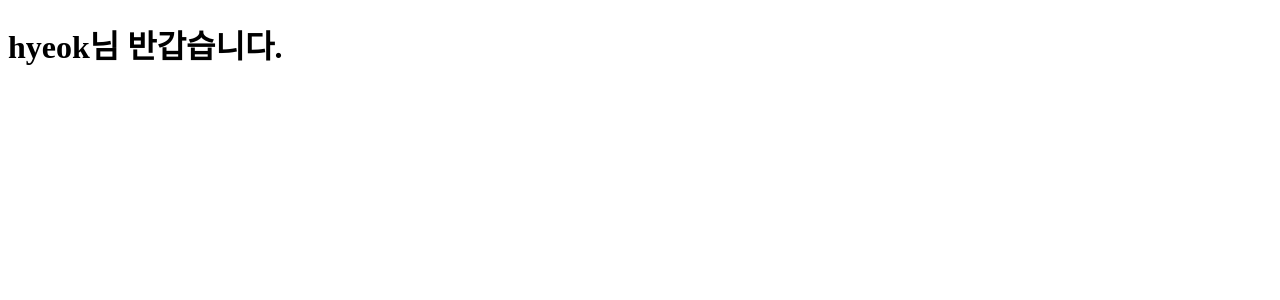
Repository: pro-hk/jsp
Page: http://localhost/chap04/login_success.jsp
The author's editor kept a copy of each file at every save. The page is drawn from the files as they stood at one save, then again after the next save.
The browser window is 1280 px wide. The pictures show the whole page.
The page is served by Tomcat 9.

Above is the page before, as saved 2022-01-24 04:56:02.

After the next save:
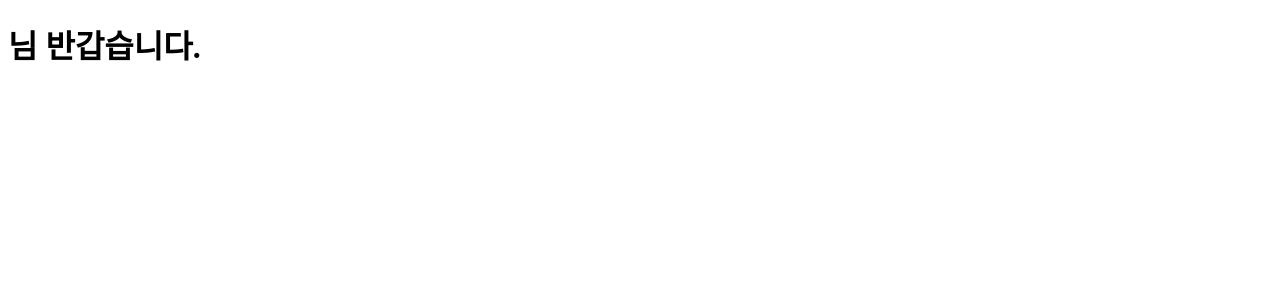
Saved 3 min 45 s later.
--- a/chap04/src/main/webapp/login_success.jsp
+++ b/chap04/src/main/webapp/login_success.jsp
@@ -7,6 +7,6 @@
 <title>Insert title here</title>
 </head>
 <body>
-	<h1>hyeok님 반갑습니다.</h1>
+	<h1><% request.getParameter("user_name"); %>님 반갑습니다.</h1>
 </body>
 </html>
